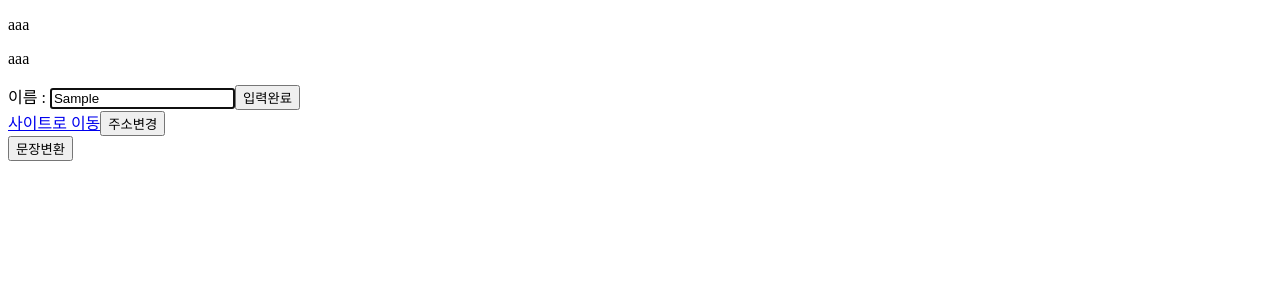
Repository: cdj6995/Web
Page: Lecture-Web/src/main/webapp/jquery/exam03.html
The author's editor kept a copy of each file at every save. The page is drawn from the files as they stood at one save, then again after the next save.
The browser window is 1280 px wide. The pictures show the whole page.
Empty fields were first filled with sample values (such as "Sample", 5 or name@example.com).
After loading, the first visible `#btn03` was clicked once.

Above is the page before, as saved 2022-05-30 07:12:52.

After the next save:
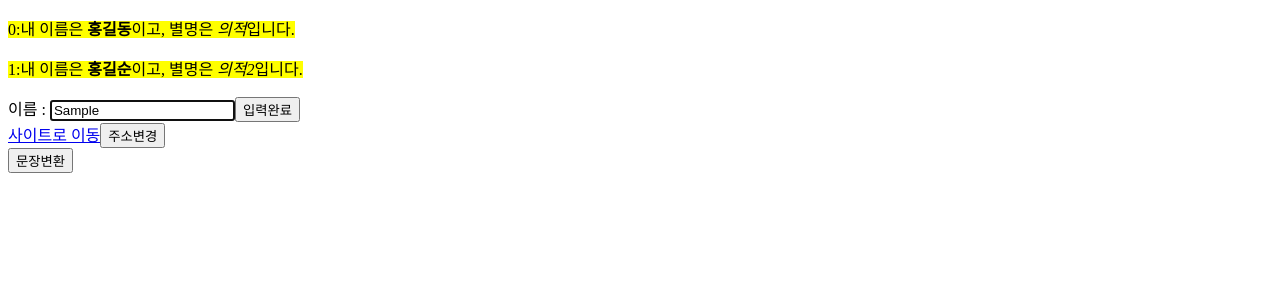
Saved 2 min 11 s later.
--- a/Lecture-Web/src/main/webapp/jquery/exam03.html
+++ b/Lecture-Web/src/main/webapp/jquery/exam03.html
@@ -25,7 +25,7 @@
 			$('#btn03').click(function(){
 				// $('p').html('<mark>문장변환</mark>')
 				$('p').html(function(index, element){
-					return "aaa"
+					return '<mark>' + index + ':' + element + '</mark>'
 				})
 			})
 
